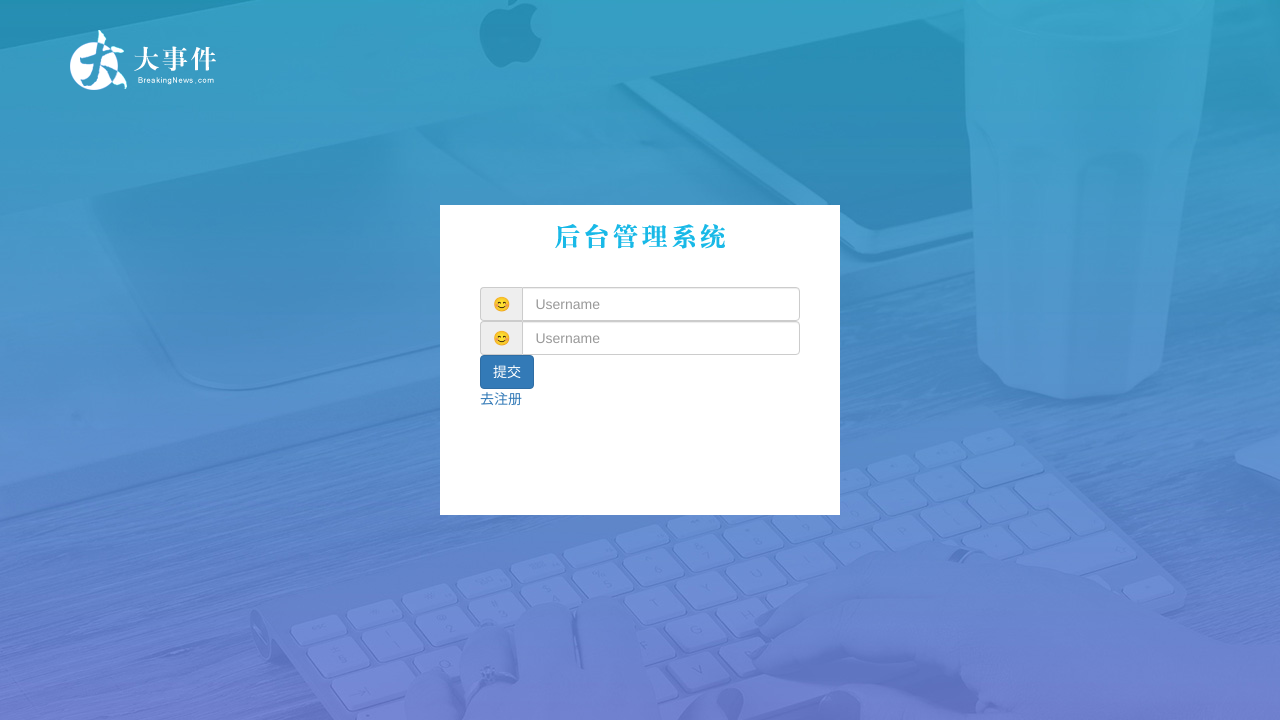
Repository: pursuit-YHP/project_dashijian
Page: login.html
The author's editor kept a copy of each file at every save. The page is drawn from the files as they stood at one save, then again after the next save.
The browser window is 1280 px wide. The pictures show the whole page.
The style sheet was rebuilt from its Sass, Less or Tailwind sources for each picture, by a compiler version that may differ from the author's.

Above is the page before, as saved 2022-03-13 16:04:01.

After the next save:
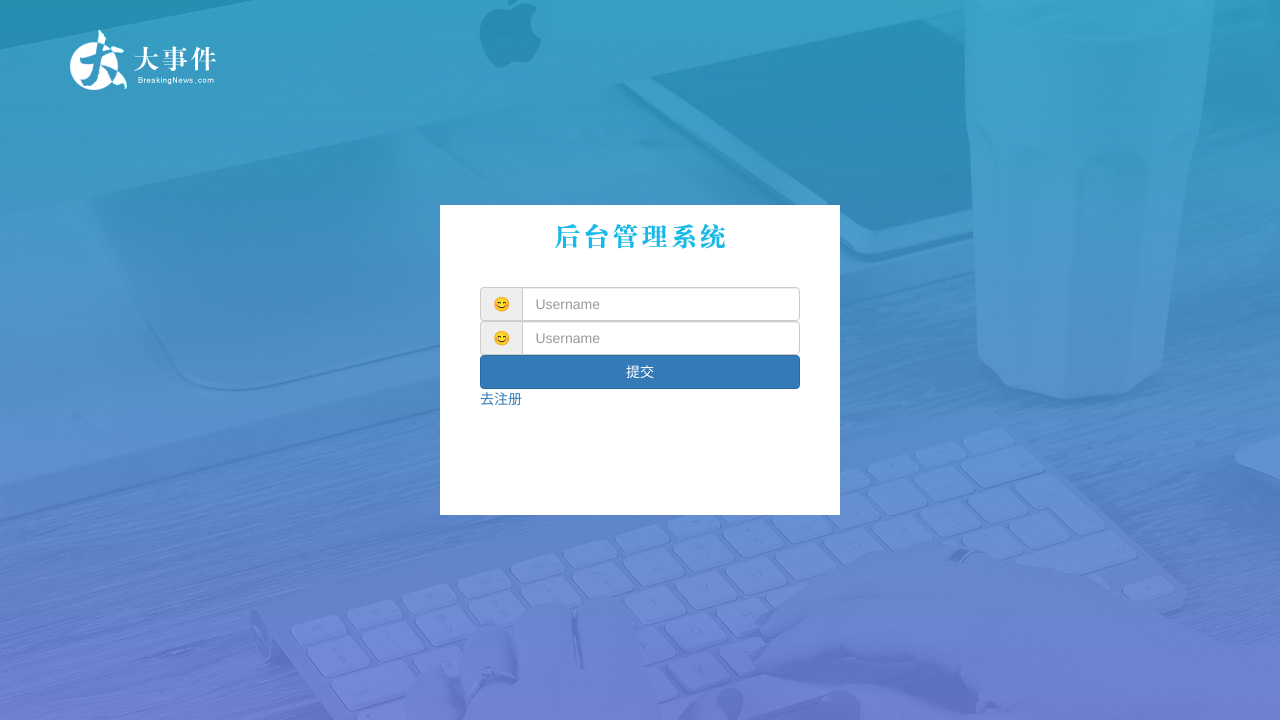
Saved 24 s later.
--- a/assets/css/login.less
+++ b/assets/css/login.less
@@ -35,5 +35,8 @@ body{
     a{
         text-align: center;
     }
+    .btn-primary{
+        width: 100%;
+    }
 
 }
